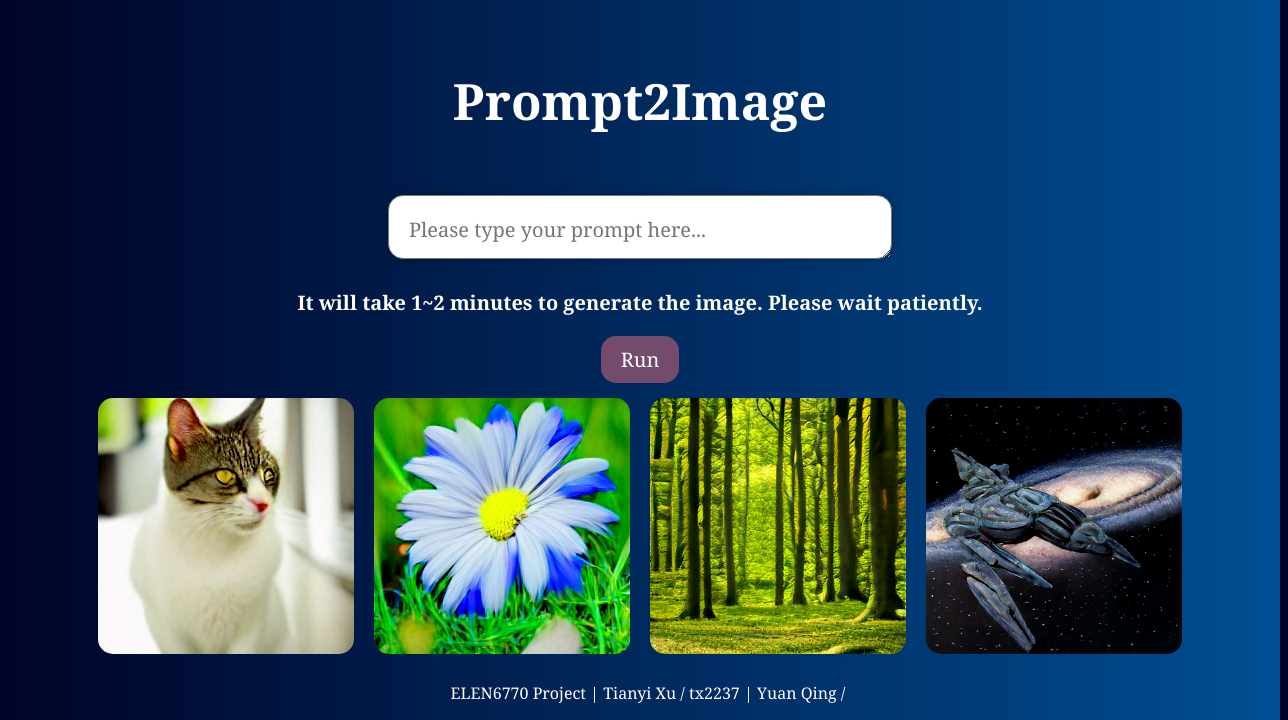
Repository: XTTTZ/Prompt2Image
Page: main4.html
An editor plug-in stored every save of this project. The page is shown before and after the next save, followed by the edit.
The browser window is 1280 px wide. The page is 1288 px wide, so the pictures cover 1288 px, including what lies to the right of the window. The pictures show the whole page.
The page's requests for data from a server got no answer.

Above is the page before, as saved 2023-12-01 00:33:09.

### main4.html
<!DOCTYPE html>
<html lang="en">

<head>
    <meta charset="UTF-8">
    <meta name="viewport" content="width=device-width, initial-scale=1.0">
    <title>Prompt2Image</title>
    <style>
        .center-label {
            text-align: center;
        }

        body {
            font-family: Georgia, serif;
            background: linear-gradient(to right, #000428, #004e92);
            /* 使图片覆盖整个背景 */
            color: #fff
        }

        header {
            background-color: rgba(0, 0, 0, 0);
            color: #fff;
            text-align: center;
            padding: 1em;
            font-family: Georgia, serif;
            font-size: 25px;
        }

        h1 {
            margin-bottom: 0.5em;
        }

        form {
            display: flex;
            /* 设置为Flex容器 */
            flex-direction: column;
            /* 子元素垂直堆叠 */
            align-items: center;
            /* 垂直居中 */
            justify-content: center;
            /* 水平居中，如果需要 */
            height: 100%;
            /* 根据需要设置高度 */
            font-size: 20px;
        }

        label {
            font-weight: bold;
            text-align: center;
            font-size: 20px;
        }

        textarea {
            padding-left: 1em;
            padding-top: 1em;
            margin: 0.5em 0;
            width: 24em;
            height: 2em;
            text-align: left;
            vertical-align: top;
            font-size: 20px;
            border-radius: 15px;
            box-shadow: 0 0 10px rgba(0, 0, 0, 0.3);
            font-family: Georgia, serif;

        }

        button {
            padding: 0.5em 1em;
            background-color: #734b6d;
            color: #fff;
            border: none;
            cursor: pointer;
            border-radius: 15px;
            font-size: 20px;
            font-family: Georgia, serif;
        }

        button:hover {
            background-color: #555;
        }

        img {
            border-radius: 15px;
        }

        #generatedImages {
            border-radius: 15px;
            text-align: center;
            margin: 1em;
            padding: 1em;
            background-color: #ffffff00;
        }
    </style>
</head>

<body>
    <header>
        <h1>Prompt2Image</h1>
    </header>

    <form id="searchForm">
        <textarea placeholder="Please type your prompt here..." type="text" id="searchInput"
            name="searchInput"></textarea>
        <label>
            <p>It will take 1~2 minutes to generate the image. Please wait patiently.</p>
        </label>
    </form>
    <form id="generateForm" style="gap: 15px;">
        <button type="button" onclick="performSearch()">Run</button>
        <label id="timeValue"></label>
    </form>
    <!-- Display generated images -->
    <label></label>
    <form id="exampleForm" style="flex-direction: row;gap:20px">
        <img src="/static/cute cat.png" title="cute cat">
        <img src="/static/flower on grass.png" title="flower on grass">
        <img src="/static/forest.png" title="forest">
        <img src="/static/spaceship in galaxy.png" title="spaceship in galaxy">
    </form>
    <div style="display:none" id="generatedImages"></div>


    <form id="downloadForm" style="gap: 10px;">
        <button id="downloadButton" onclick="downloadImages()" style="display:none">Download Images</button>
    </form>

    <footer style="position:absolute; bottom:0; text-align: center;width:100%">
        <p>ELEN6770 Project | Tianyi Xu / tx2237 | Yuan Qing / </p>
    </footer>

    <script>
        var server_addr = '34.67.111.69';
        var ip_addr;
        var second = 0;
        var clock;
        fetch('http://' + server_addr + '/ip', {
            method: 'GET',
            headers: {
                'Content-Type': 'application/x-www-form-urlencoded',
            },
        })
            .then(response => { return response.json() })
            .then(data => {
                ip_addr = data.ip_addr;
                console.log('ip_addr');
            }
            );
        function startTimer() {
            clearInterval(clock);
            clock = setInterval(timer, 1000);
            second = 0;
            timeValue.style.display = 'block';
            document.getElementById('timeValue').innerText = 'Run Time: ' + second + 's';
        }

        function timer() {
            second++;
            document.getElementById('timeValue').innerText = 'Run Time: ' + second + 's';
        }

        function stopTimer() {
            clearInterval(clock);
            clock = null;
            console.log('timerstop');
            document.getElementById('timeValue').innerText = 'Run Time: ' + second + 's';
        }

        function performSearch() {
            var searchInput = document.getElementById('searchInput').value;
            if (searchInput == '') {
                document.getElementById('timeValue').innerText = 'Please type your prompt!';
            }
            else {
                document.getElementById('generatedImages').style.display = 'none';
                document.getElementById('downloadButton').style.display = 'none';
                fetch('http://' + server_addr + ':5000/search', {
                    method: 'POST',
                    headers: {
                        'Content-Type': 'application/x-www-form-urlencoded',
                    },
                    body: 'text=' + encodeURIComponent(searchInput)
                })
                    .then(response => {
                        return response.json();
                    })
                    .then(data => { checkStatusPic() });
                startTimer();
            }
        }

        function checkStatusPic() {
            stopTimer();
            var generatedImagesContainer = document.getElementById('generatedImages');
            var downloadButton = document.getElementById('downloadButton');

            // Clear previous content
            generatedImagesContainer.innerHTML = '';

            // Append image elements dynamically
            var img = document.createElement('img');
            img.src = 'http://' + server_addr + '/image/' + ip_addr + '/0?time=' + new Date().getTime();
            generatedImagesContainer.appendChild(img);
            // Display the container and download button
            generatedImagesContainer.style.display = 'block';
            downloadButton.style.display = 'block';
        }

        function downloadImages() {
            // Create a link element for each image and trigger download
            var url = 'http://' + server_addr + '/image/' + ip_addr + '/0?time=' + new Date().getTime();
            var downloadLink = document.createElement('a');
            downloadLink.href = url;
            // 指定下载的文件名，您可以根据需要更改它
            downloadLink.download = 'image.png';
            // 将 <a> 元素添加到文档中并点击它
            document.body.appendChild(downloadLink);
            downloadLink.click();
            // 清理并移除 <a> 元素
            document.body.removeChild(downloadLink);
        }
    </script>
</body>

</html>

After the next save:
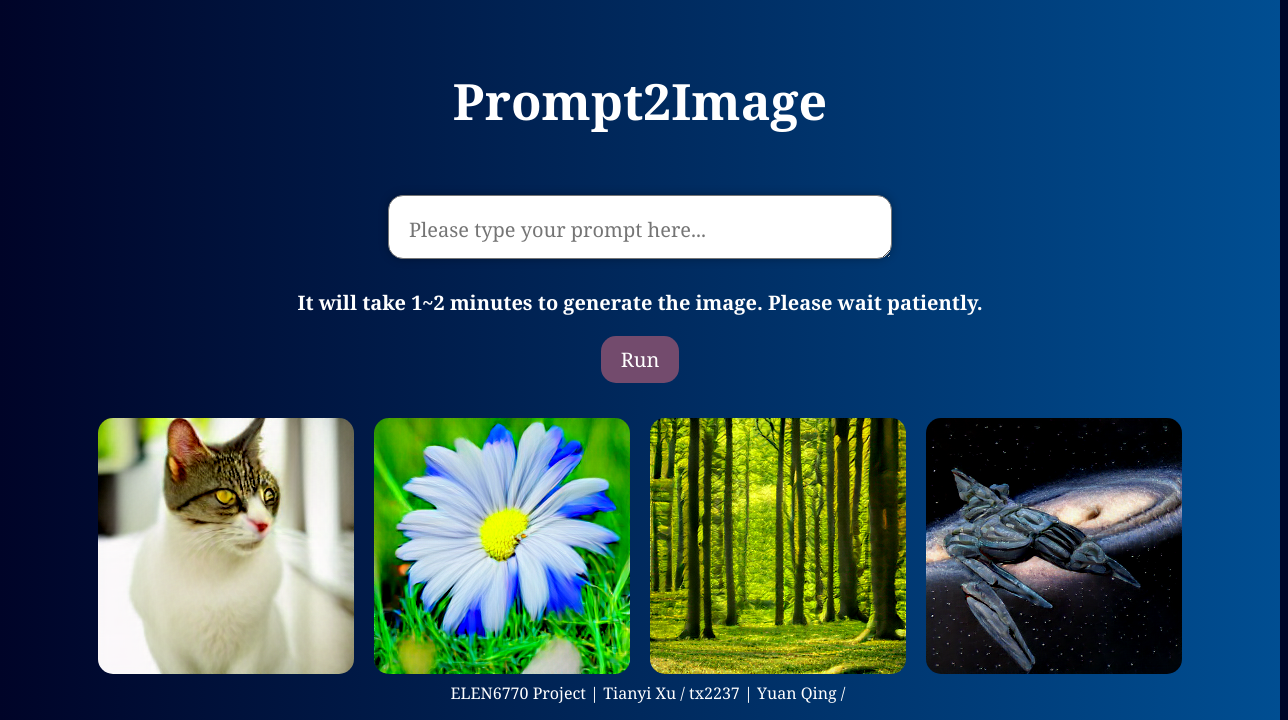
Saved 36 s later.
--- a/main4.html
+++ b/main4.html
@@ -111,7 +111,9 @@
         <label id="timeValue"></label>
     </form>
     <!-- Display generated images -->
-    <label></label>
+    <label>
+        <p></p>
+    </label>
     <form id="exampleForm" style="flex-direction: row;gap:20px">
         <img src="/static/cute cat.png" title="cute cat">
         <img src="/static/flower on grass.png" title="flower on grass">
